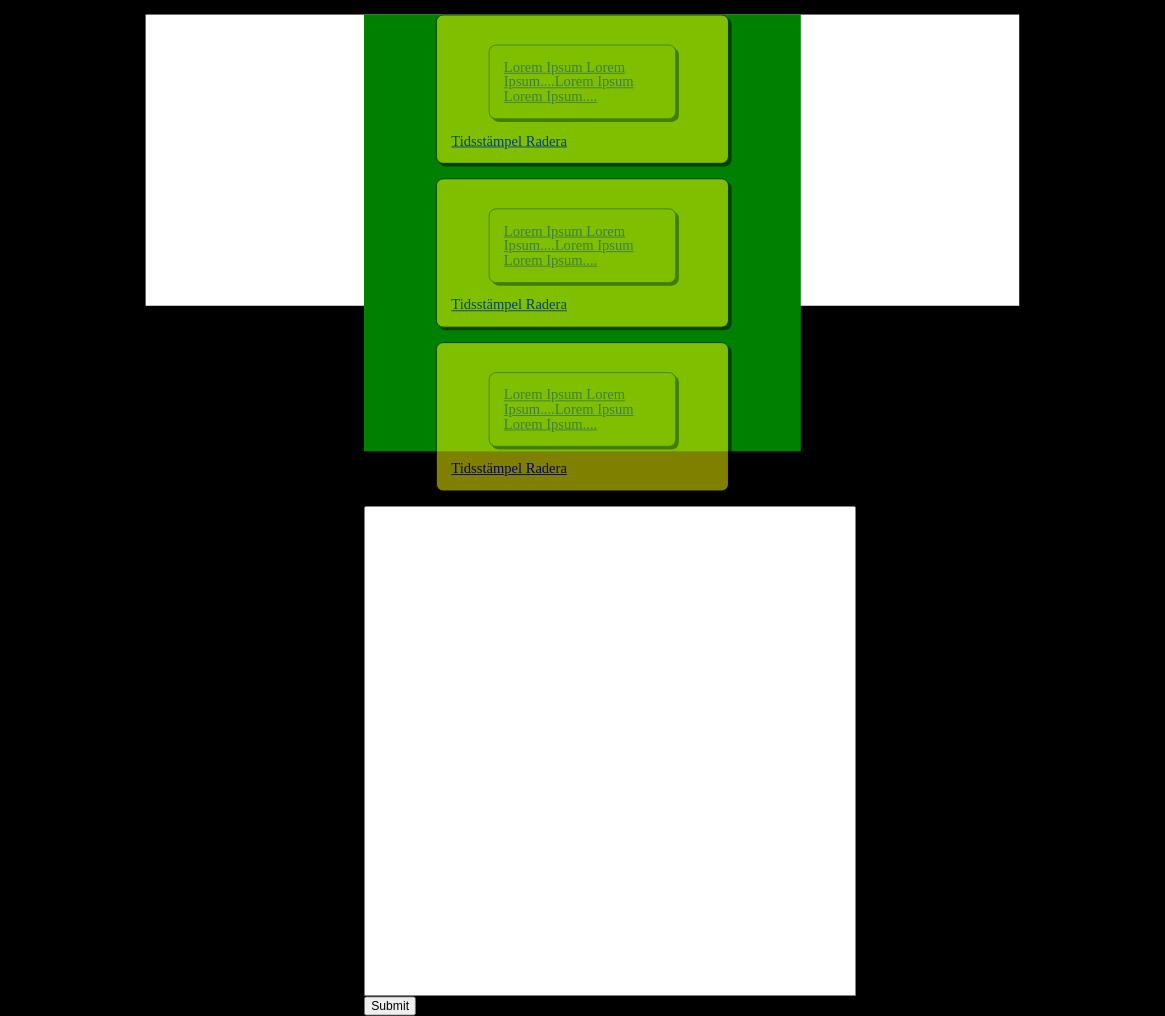
Repository: AndreasAnemyrLNU/1dv403-laborationer-AA223IG
Page: 2-labbymezzage/index.html
The author's editor kept a record of every edit. The page is drawn from the files as they stood at one moment, then again after the next edit.
The browser window is 1280 px wide. The pictures show the whole page, at 91% of full size.

Above is the page before.

After the next edit:
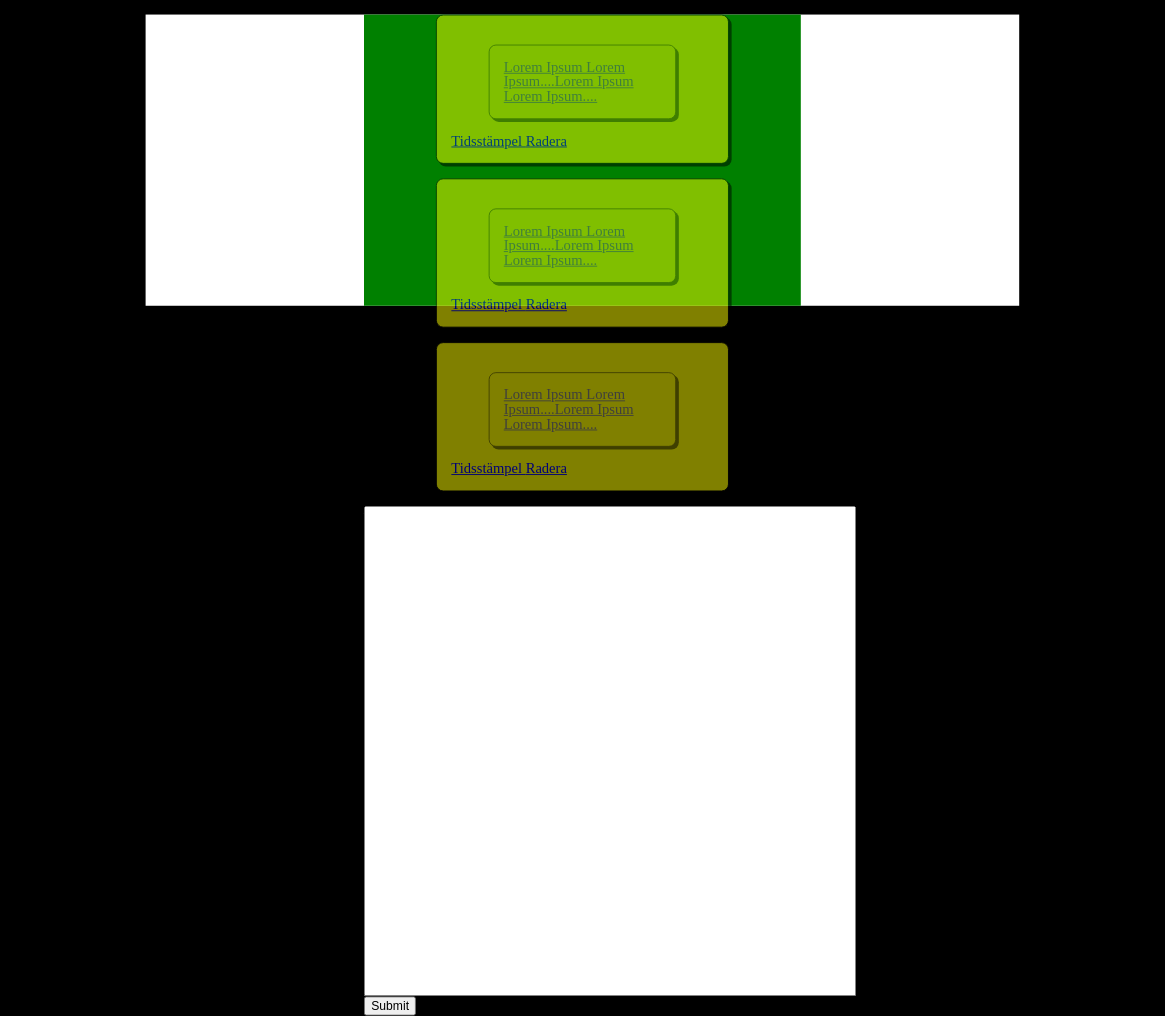
The edit:
--- a/2-labbymezzage/css/main.css
+++ b/2-labbymezzage/css/main.css
@@ -60,7 +60,7 @@ body {
 
 #mainMessageArea {
     background-color: green;
-    height: 30em;
+    height: 20em;
     margin: auto;
     width: 30em;
 }
